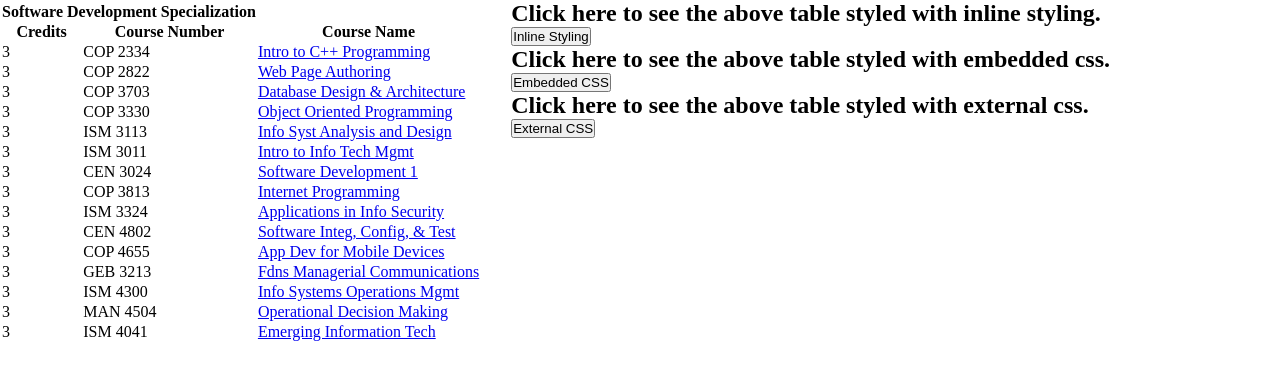
Repository: mlmEFSC21/P5-DegreeTableStyling
Page: index.html
An editor plug-in stored every save of this project. The page is shown before and after the next save, followed by the edit.
The browser window is 1280 px wide. The pictures show the whole page.

Above is the page before, as saved 2022-02-09 14:15:51.

### index.html
<!DOCTYPE html>
<html lang="en">
    <head>
        <meta charset="UTF-8" />
        <meta http-equiv="X-UA-Compatible" content="IE=edge" />
        <meta name="viewport" content="width=device-width, initial-scale=1.0" />
        <title>Degree Specialization Table</title>
        <link rel="stylesheet" href="Styles.css" />
    </head>
    <body>
        <section class="flexContainer">
            <table>
                <thead>
                    <tr>
                        <th colspan="2">Software Development Specialization</th>
                    </tr>
                    <tr>
                        <th>Credits</th>
                        <th>Course Number</th>
                        <th>Course Name</th>
                    </tr>
                </thead>
                <tbody>
                    <tr>
                        <td>3</td>
                        <td>COP 2334</td>
                        <td>
                            <a
                                href="https://bannerweb.easternflorida.edu/prod/bwckctlg.p_disp_course_detail?cat_term_in=202210&subj_code_in=COP&crse_numb_in=2334"
                                >Intro to C++ Programming</a
                            >
                        </td>
                    </tr>
                    <tr>
                        <td>3</td>
                        <td>COP 2822</td>
                        <td>
                            <a
                                href="https://bannerweb.easternflorida.edu/prod/bwckctlg.p_disp_course_detail?cat_term_in=202210&subj_code_in=COP&crse_numb_in=2822"
                                >Web Page Authoring</a
                            >
                        </td>
                    </tr>
                    <tr>
                        <td>3</td>
                        <td>COP 3703</td>
                        <td>
                            <a
                                href="https://bannerweb.easternflorida.edu/prod/bwckctlg.p_disp_course_detail?cat_term_in=202210&subj_code_in=COP&crse_numb_in=3703"
                                >Database Design & Architecture</a
                            >
                        </td>
                    </tr>
                    <tr>
                        <td>3</td>
                        <td>COP 3330</td>
                        <td>
                            <a
                                href="https://bannerweb.easternflorida.edu/prod/bwckctlg.p_disp_course_detail?cat_term_in=202210&subj_code_in=COP&crse_numb_in=3330"
                                >Object Oriented Programming</a
                            >
                        </td>
                    </tr>
                    <tr>
                        <td>3</td>
                        <td>ISM 3113</td>
                        <td>
                            <a
                                href="https://bannerweb.easternflorida.edu/prod/bwckctlg.p_disp_course_detail?cat_term_in=202210&subj_code_in=ISM&crse_numb_in=3113"
                                >Info Syst Analysis and Design</a
                            >
                        </td>
                    </tr>
                    <tr>
                        <td>3</td>
                        <td>ISM 3011</td>
                        <td>
                            <a
                                href="https://bannerweb.easternflorida.edu/prod/bwckctlg.p_disp_course_detail?cat_term_in=202210&subj_code_in=ISM&crse_numb_in=3011"
                                >Intro to Info Tech Mgmt</a
                            >
                        </td>
                    </tr>
                    <tr>
                        <td>3</td>
                        <td>CEN 3024</td>
                        <td>
                            <a
                                href="https://bannerweb.easternflorida.edu/prod/bwckctlg.p_disp_course_detail?cat_term_in=202210&subj_code_in=CEN&crse_numb_in=3024"
                                >Software Development 1</a
                            >
                        </td>
                    </tr>
                    <tr>
                        <td>3</td>
                        <td>COP 3813</td>
                        <td>
                            <a
                                href="https://bannerweb.easternflorida.edu/prod/bwckctlg.p_disp_course_detail?cat_term_in=202210&subj_code_in=COP&crse_numb_in=3813"
                                >Internet Programming</a
                            >
                        </td>
                    </tr>
                    <tr>
                        <td>3</td>
                        <td>ISM 3324</td>
                        <td>
                            <a
                                href="https://bannerweb.easternflorida.edu/prod/bwckctlg.p_disp_course_detail?cat_term_in=202210&subj_code_in=ISM&crse_numb_in=3324"
                                >Applications in Info Security</a
                            >
                        </td>
                    </tr>
                    <tr>
                        <td>3</td>
                        <td>CEN 4802</td>
                        <td>
                            <a
                                href="https://bannerweb.easternflorida.edu/prod/bwckctlg.p_disp_course_detail?cat_term_in=202210&subj_code_in=CEN&crse_numb_in=4802"
                                >Software Integ, Config, & Test</a
                            >
                        </td>
                    </tr>
                    <tr>
                        <td>3</td>
                        <td>COP 4655</td>
                        <td>
                            <a
                                href="https://bannerweb.easternflorida.edu/prod/bwckctlg.p_disp_course_detail?cat_term_in=202210&subj_code_in=COP&crse_numb_in=4655"
                                >App Dev for Mobile Devices</a
                            >
                        </td>
                    </tr>
                    <tr>
                        <td>3</td>
                        <td>GEB 3213</td>
                        <td>
                            <a
                                href="https://bannerweb.easternflorida.edu/prod/bwckctlg.p_disp_course_detail?cat_term_in=202210&subj_code_in=GEB&crse_numb_in=3213"
                                >Fdns Managerial Communications</a
                            >
                        </td>
                    </tr>
                    <tr>
                        <td>3</td>
                        <td>ISM 4300</td>
                        <td>
                            <a
                                href="https://bannerweb.easternflorida.edu/prod/bwckctlg.p_disp_course_detail?cat_term_in=202210&subj_code_in=ISM&crse_numb_in=4300"
                                >Info Systems Operations Mgmt</a
                            >
                        </td>
                    </tr>
                    <tr>
                        <td>3</td>
                        <td>MAN 4504</td>
                        <td>
                            <a
                                href="https://bannerweb.easternflorida.edu/prod/bwckctlg.p_disp_course_detail?cat_term_in=202210&subj_code_in=MAN&crse_numb_in=4504"
                                >Operational Decision Making</a
                            >
                        </td>
                    </tr>
                    <tr>
                        <td>3</td>
                        <td>ISM 4041</td>
                        <td>
                            <a
                                href="https://bannerweb.easternflorida.edu/prod/bwckctlg.p_disp_course_detail?cat_term_in=202210&subj_code_in=ISM&crse_numb_in=4041"
                                >Emerging Information Tech</a
                            >
                        </td>
                    </tr>
                </tbody>
            </table>
        <section>
            <h2>Click here to see the above table styled with inline styling.</h2>
            <button onclick="window.location.href='FormattedProgramSpecialization1.html'">
                Inline Styling
            </button>
            <h2>Click here to see the above table styled with embedded css.</h2>
            <button onclick="window.location.href='FormattedProgramSpecialization2.html'">
                Embedded CSS
            </button>
            <h2>Click here to see the above table styled with external css.</h2>
            <button onclick="window.location.href='FormattedProgramSpecialization3.html'">
                External CSS
            </button>
        </section>
    </body>
</html>

### Styles.css
*,
*::before,
*::after {
    margin: 0;
    padding: 0;
    box-sizing: border-box;
}
.tableContainer {
    align-content: center;
}
.flexContainer {
    display: flex;
    gap: 15px 30px;
    align-items: baseline;
    align-content: space-between;
}

After the next save:
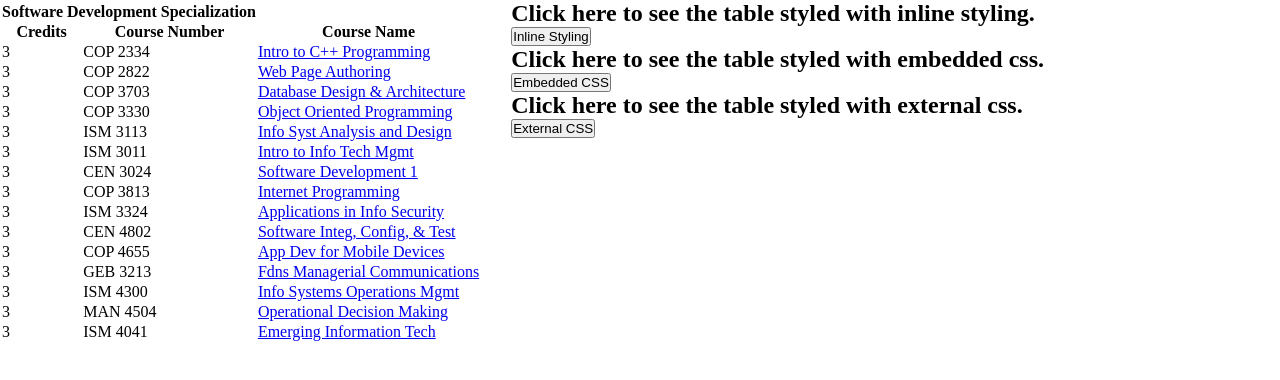
Saved 74 s later.
--- a/index.html
+++ b/index.html
@@ -174,15 +174,15 @@
                 </tbody>
             </table>
         <section>
-            <h2>Click here to see the above table styled with inline styling.</h2>
+            <h2>Click here to see the table styled with inline styling.</h2>
             <button onclick="window.location.href='FormattedProgramSpecialization1.html'">
                 Inline Styling
             </button>
-            <h2>Click here to see the above table styled with embedded css.</h2>
+            <h2>Click here to see the table styled with embedded css.</h2>
             <button onclick="window.location.href='FormattedProgramSpecialization2.html'">
                 Embedded CSS
             </button>
-            <h2>Click here to see the above table styled with external css.</h2>
+            <h2>Click here to see the table styled with external css.</h2>
             <button onclick="window.location.href='FormattedProgramSpecialization3.html'">
                 External CSS
             </button>
